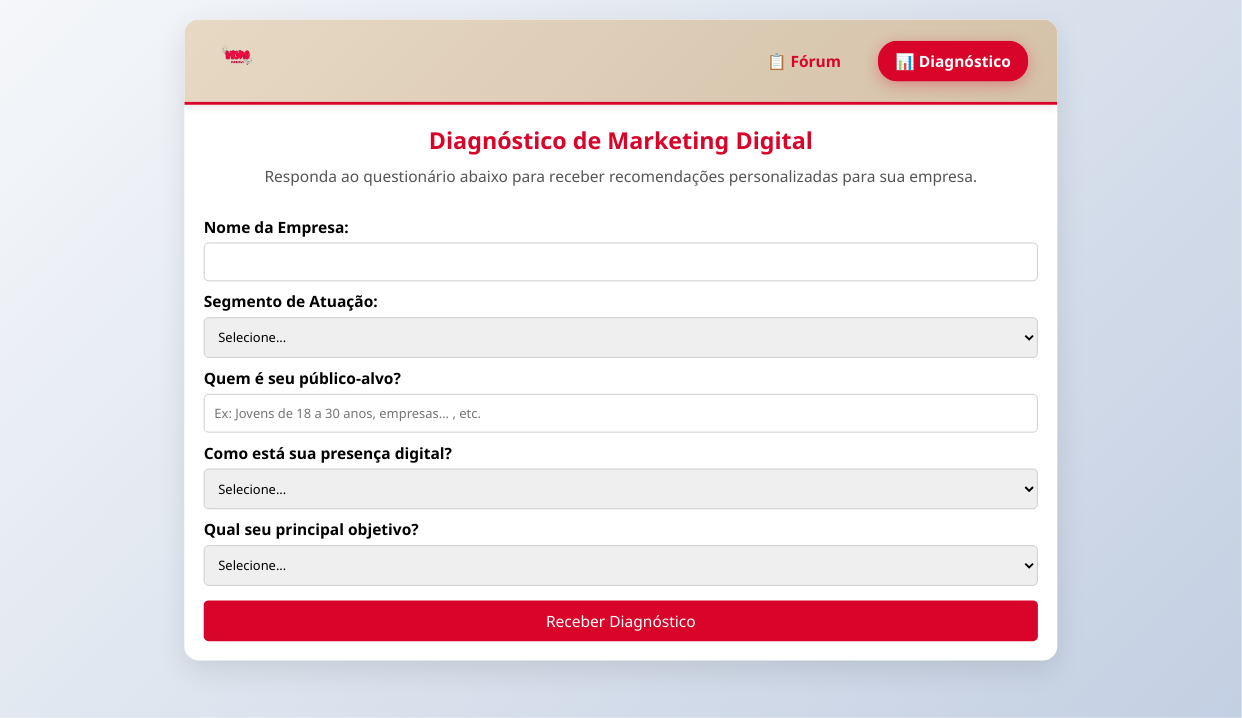
Repository: annaluizapm/MicroMidia
Page: front/HTML/formulario.html
An editor plug-in stored every save of this project. The page is shown before and after the next save, followed by the edit.
The browser window is 1280 px wide. The pictures show the whole page, at 97% of full size.

Above is the page before, as saved 2025-08-14 10:08:32.

After the next save:
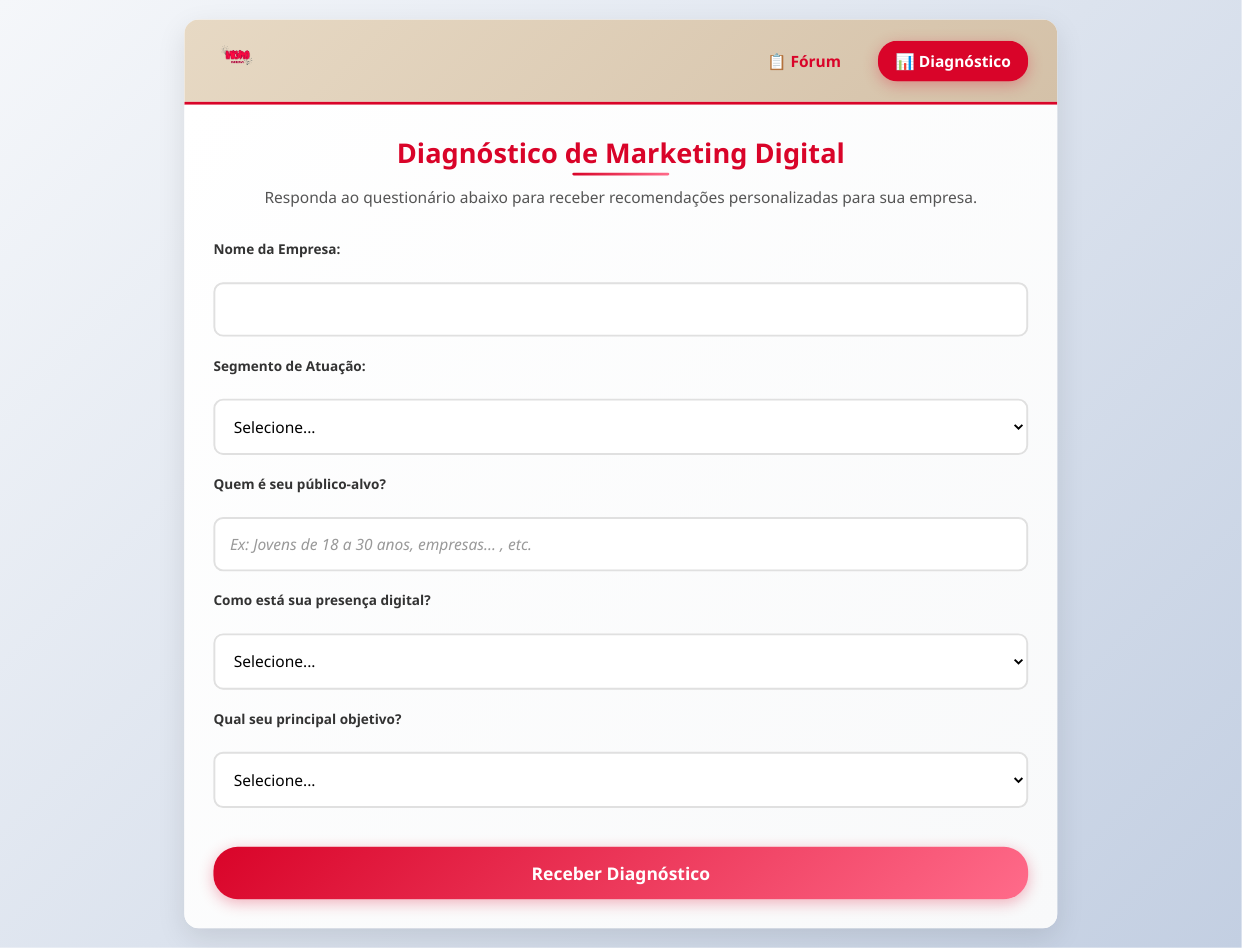
Saved 17 s later.
--- a/front/CSS/formulario.css
+++ b/front/CSS/formulario.css
@@ -66,49 +66,91 @@
 }
 
 .form-container {
-    padding: 20px;
+    padding: 30px;
+    background: linear-gradient(135deg, #ffffff 0%, #f8f9fa 100%);
 }
 
 h2 {
     color: #D90429;
     text-align: center;
-    margin-bottom: 10px;
+    margin-bottom: 15px;
+    font-size: 28px;
+    position: relative;
+}
+
+h2::after {
+    content: '';
+    position: absolute;
+    bottom: -5px;
+    left: 50%;
+    transform: translateX(-50%);
+    width: 100px;
+    height: 3px;
+    background: linear-gradient(90deg, #D90429, #ff6b8a);
+    border-radius: 2px;
 }
 
 p {
     text-align: center;
-    margin-bottom: 20px;
+    margin-bottom: 30px;
     color: #555;
+    font-size: 16px;
+    line-height: 1.6;
 }
 
 form {
     display: flex;
     flex-direction: column;
+    gap: 20px;
 }
 
 label {
-    font-weight: bold;
-    margin-top: 10px;
+    font-weight: 600;
+    color: #333;
+    margin-bottom: 5px;
+    font-size: 14px;
 }
 
 input, select {
-    padding: 10px;
-    margin-top: 5px;
-    border: 1px solid #ccc;
-    border-radius: 5px;
+    padding: 15px;
+    border: 2px solid #e0e0e0;
+    border-radius: 10px;
+    font-size: 16px;
+    transition: all 0.3s ease;
+    background: white;
 }
 
-button {
-    margin-top: 15px;
-    padding: 10px;
-    background: #D90429;
+input:focus, select:focus {
+    outline: none;
+    border-color: #D90429;
+    box-shadow: 0 0 0 3px rgba(217, 4, 41, 0.1);
+    transform: translateY(-2px);
+}
+
+input::placeholder {
+    color: #999;
+    font-style: italic;
+}
+
+.btn-primary {
+    margin-top: 20px;
+    padding: 15px;
+    background: linear-gradient(135deg, #D90429 0%, #ff6b8a 100%);
     color: white;
     border: none;
-    border-radius: 5px;
+    border-radius: 25px;
     cursor: pointer;
-    font-size: 16px;
+    font-size: 18px;
+    font-weight: 600;
+    transition: all 0.3s ease;
+    box-shadow: 0 4px 15px rgba(217, 4, 41, 0.3);
 }
 
-button:hover {
-    background: #b80324;
+.btn-primary:hover {
+    transform: translateY(-3px);
+    box-shadow: 0 6px 20px rgba(217, 4, 41, 0.4);
 }
+
+.btn-primary:active {
+    transform: translateY(-1px);
+}
